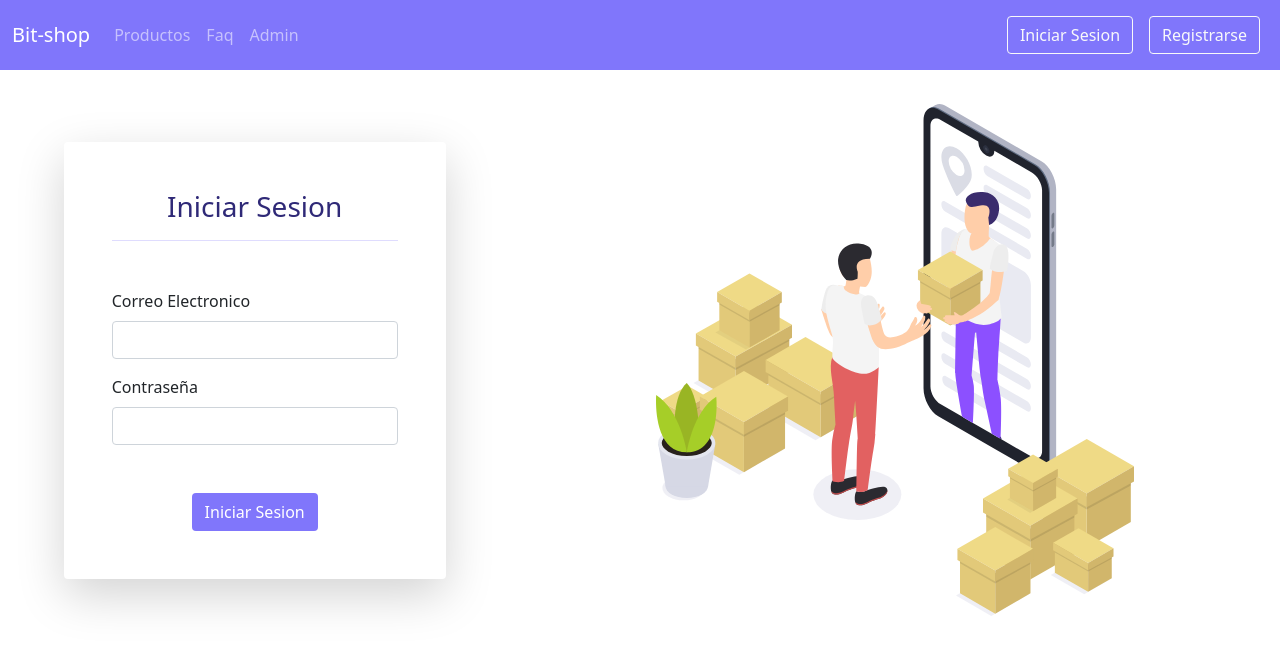
Repository: TzStrikerYT/myClassRoom
Page: /login (app in bit-shop-as/)
The author's editor kept a copy of each file at every save. The page is drawn from the files as they stood at one save, then again after the next save.
The browser window is 1280 px wide. The pictures show the whole page.
The project was rebuilt for these pictures with package versions that can differ from the ones it lists, and the page was loaded fresh each time. Also part of the build but not shown: bit-shop-as/angular.json, bit-shop-as/src/app/components/home/home.component.ts, bit-shop-as/src/app/components/page404/page404.component.ts, bit-shop-as/src/app/components/register/register.component.ts.

Above is the page before, as saved 2022-02-25 20:54:42.

### bit-shop-as/src/index.html
<!doctype html>
<html lang="en">
<head>
  <meta charset="utf-8">
  <title>BitShopAs</title>
  <base href="/">
  <meta name="viewport" content="width=device-width, initial-scale=1">
  <link rel="icon" type="image/x-icon" href="favicon.ico">
</head>
<body>
  <app-root></app-root>
</body>
</html>

### bit-shop-as/src/styles.css
/* You can add global styles to this file, and also import other style files */
.bg-purple-pastel {
    background: #8076fb !important;
}

.bg-purple-dark {
    background: #2f2977 !important;
}

.text-purple-dark {
    color: #2f2977 !important;
}

.text-purple-pastel {
    color: #8076fb !important;
}

### bit-shop-as/src/app/app.module.ts
import { NgModule } from '@angular/core';
import { BrowserModule } from '@angular/platform-browser';

import { AppRoutingModule } from './app-routing.module';
import { AppComponent } from './app.component';
import { LoginComponent } from './components/login/login.component';
import { RegisterComponent } from './components/register/register.component';
import { NavbarComponent } from './components/navbar/navbar.component';
import { HomeComponent } from './components/home/home.component';
import { Page404Component } from './components/page404/page404.component';

@NgModule({
  declarations: [
    AppComponent,
    LoginComponent,
    RegisterComponent,
    NavbarComponent,
    HomeComponent,
    Page404Component
  ],
  imports: [
    BrowserModule,
    AppRoutingModule
  ],
  providers: [],
  bootstrap: [AppComponent]
})
export class AppModule { }

### bit-shop-as/src/app/app-routing.module.ts
import { NgModule } from '@angular/core';
import { RouterModule, Routes } from '@angular/router';
import { HomeComponent } from './components/home/home.component';
import { LoginComponent } from './components/login/login.component';
import { Page404Component } from './components/page404/page404.component';
import { RegisterComponent } from './components/register/register.component';

const routes: Routes = [
  { path: 'login', component: LoginComponent },
  { path: 'register', component: RegisterComponent },
  { path: 'home', component: HomeComponent },

  { path: '', redirectTo: '/home', pathMatch: 'full'},
  { path: '**', component: Page404Component}
];

@NgModule({
  imports: [RouterModule.forRoot(routes)],
  exports: [RouterModule],
})
export class AppRoutingModule {}

### bit-shop-as/src/app/app.component.ts
import { Component } from '@angular/core';

@Component({
  selector: 'app-root',
  templateUrl: './app.component.html',
  styleUrls: ['./app.component.css']
})
export class AppComponent {
  title = 'bit-shop-as';
}

### bit-shop-as/src/app/components/navbar/navbar.component.ts
import { Component, OnInit } from '@angular/core';

@Component({
  selector: 'app-navbar',
  templateUrl: './navbar.component.html',
  styleUrls: ['./navbar.component.css']
})
export class NavbarComponent implements OnInit {

  token=true

  constructor() { }

  ngOnInit(): void {
  }

}

### bit-shop-as/src/app/components/login/login.component.html
<section class="mt-4">

    <div class="row w-100">
        <div class="col-lg-5 py-5 d-flex align-items-center justify-content-center">

            <div class="p-5 shadow-lg rounded w-75">

                <h3 class="text-purple-dark mb-3 text-center">Iniciar Sesion</h3>
                <hr class="mb-5 text-purple-pastel">

                <form>
                    <div class="mb-3">
                      <label for="exampleInputEmail1" class="form-label">Correo Electronico</label>
                      <input type="email" class="form-control" id="exampleInputEmail1" aria-describedby="emailHelp">
                    </div>
                    <div class="mb-3">
                      <label for="exampleInputPassword1" class="form-label">Contraseña</label>
                      <input type="password" class="form-control" id="exampleInputPassword1">
                    </div>
                    <div class="text-center mt-5">
                        <button type="submit" class="btn bg-purple-pastel text-white text-center">Iniciar Sesion</button>
                    </div>
                  </form>

            </div>

        </div>

        <div class="col-lg-7 bg-image">

        </div>

    </div>

</section>

### bit-shop-as/src/app/components/login/login.component.css
.bg-image {
    background: url('../../../assets/img/fondo.svg');
    background-repeat: no-repeat;
    background-size: 64%;
    background-position: center;
}

### bit-shop-as/src/app/components/navbar/navbar.component.html
<nav class="navbar navbar-expand-lg navbar-dark bg-purple-pastel">
  <div class="container-fluid">
    <a class="navbar-brand" href="/home">Bit-shop</a>
    <button
      class="navbar-toggler"
      type="button"
      data-bs-toggle="collapse"
      data-bs-target="#navbarNavAltMarkup"
      aria-controls="navbarNavAltMarkup"
      aria-expanded="false"
      aria-label="Toggle navigation"
    >
      <span class="navbar-toggler-icon"></span>
    </button>
    <div class="collapse navbar-collapse" id="navbarNavAltMarkup">
      <div class="navbar-nav">
        <a class="nav-link" aria-current="page" href="#">Productos</a>
        <a class="nav-link" href="#">Faq</a>
        <a class="nav-link" href="#">Admin</a>
      </div>

      <div class="navbar-nav ms-auto" *ngIf="token else usserLogged">
        <a class="btn btn-outline-light m-2" href="/login">Iniciar Sesion</a>
        <a class="btn btn-outline-light m-2" href="/register">Registrarse</a>
      </div>

      <ng-template #usserLogged>
        <div class="navbar-nav ms-auto">
            <button type="button" class="btn btn-secondary dropdown-toggle" data-bs-toggle="dropdown" aria-expanded="false">
                Right-aligned menu example
              </button>
          </div>
      </ng-template>

    </div>
  </div>
</nav>

Loaded but not shown: bit-shop-as/src/main.ts (common file); bit-shop-as/src/environments/environment.ts (common file); bit-shop-as/src/app/components/login/login.component.ts (common file); bit-shop-as/src/app/app.component.html (common file); bit-shop-as/src/app/app.component.css (no stored copy; drawn as an empty file); bit-shop-as/src/app/components/navbar/navbar.component.css (no stored copy; drawn as an empty file)

After the next save:
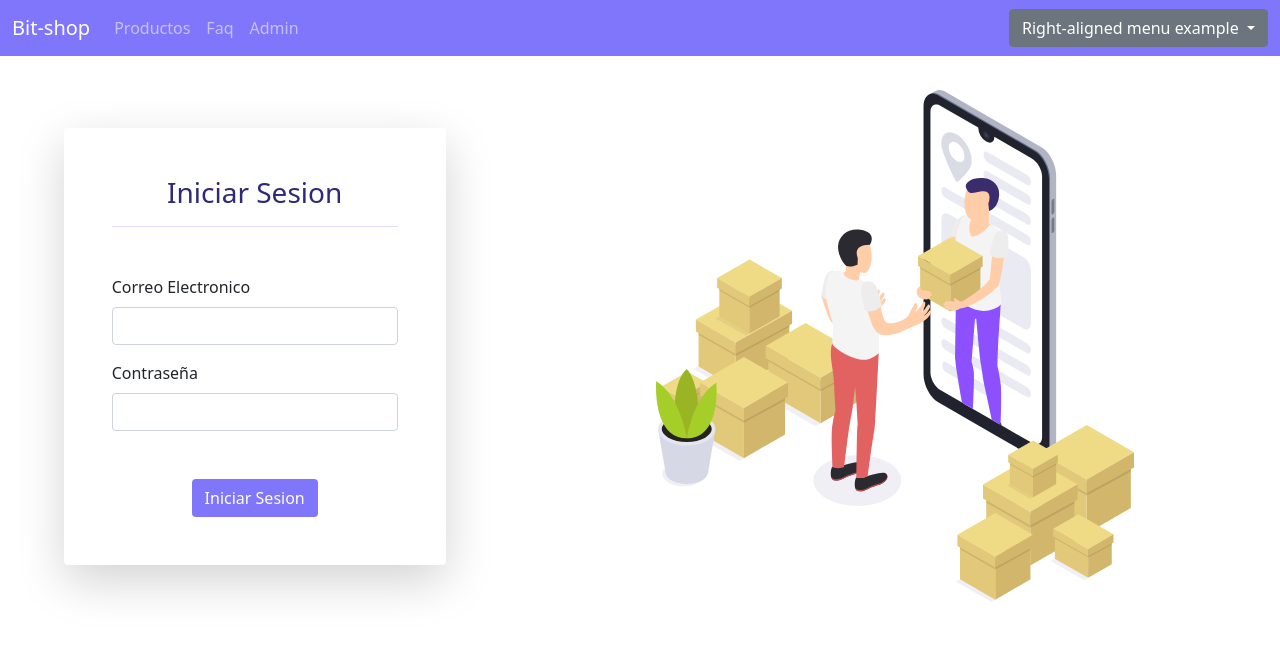
Saved 28 s later.
--- a/bit-shop-as/src/app/components/navbar/navbar.component.ts
+++ b/bit-shop-as/src/app/components/navbar/navbar.component.ts
@@ -7,7 +7,7 @@ import { Component, OnInit } from '@angular/core';
 })
 export class NavbarComponent implements OnInit {
 
-  token=true
+  token=false
 
   constructor() { }
 

After the save that followed:
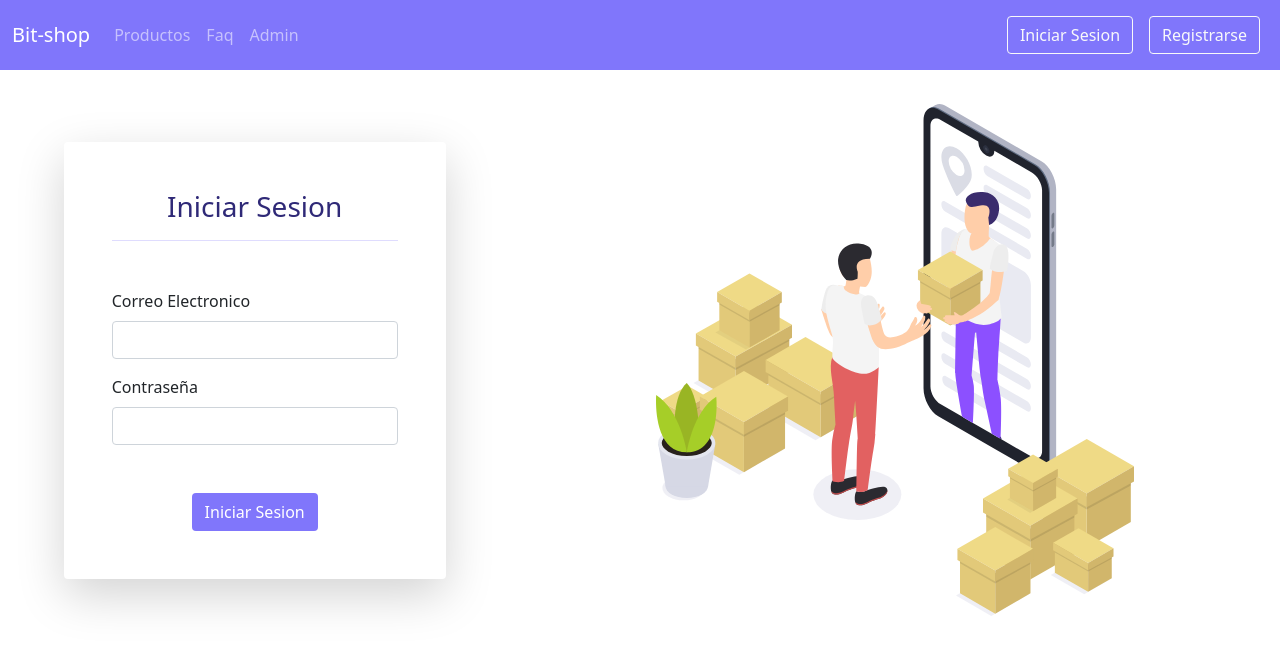
Saved 14 s later.
--- a/bit-shop-as/src/app/components/navbar/navbar.component.html
+++ b/bit-shop-as/src/app/components/navbar/navbar.component.html
@@ -19,7 +19,7 @@
         <a class="nav-link" href="#">Admin</a>
       </div>
 
-      <div class="navbar-nav ms-auto" *ngIf="token else usserLogged">
+      <div class="navbar-nav ms-auto" *ngIf="!token else usserLogged">
         <a class="btn btn-outline-light m-2" href="/login">Iniciar Sesion</a>
         <a class="btn btn-outline-light m-2" href="/register">Registrarse</a>
       </div>
